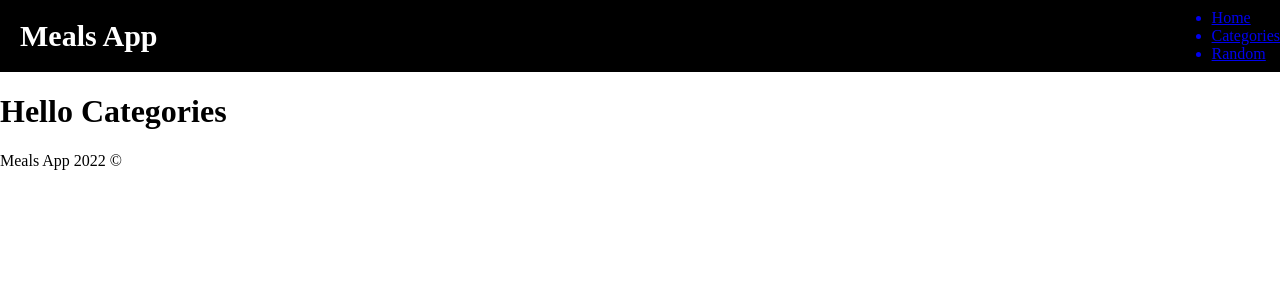
Repository: Shahriddinov/Meals
Page: /categories
These files come from the project's save history. The page is drawn as it stood at one moment and after the next save; the edit follows.
The browser window is 1280 px wide. The pictures show the whole page.
The project was rebuilt for these pictures with package versions that can differ from the ones it lists, and the page was loaded fresh each time. Also part of the build but not shown: src/components/HomePage/HomePage.js, src/components/RandomMeal/RandomMeal.js.

Above is the page before, as saved 2022-03-21 16:41:37.

After the next save:
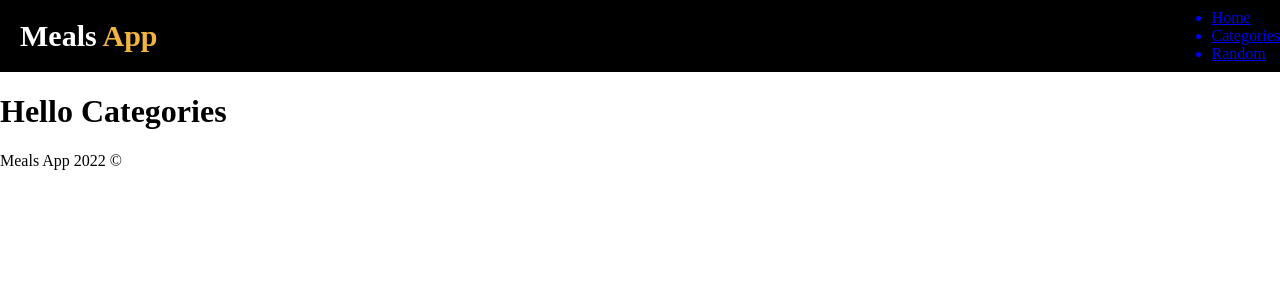
Saved 85 s later.
--- a/src/components/Navbar/Navbar.scss
+++ b/src/components/Navbar/Navbar.scss
@@ -17,6 +17,9 @@ body {
     h1 {
       margin-left: 20px;
       font-size: 30px;
+      span {
+        color: #f3b542;
+      }
     }
   }
 }
